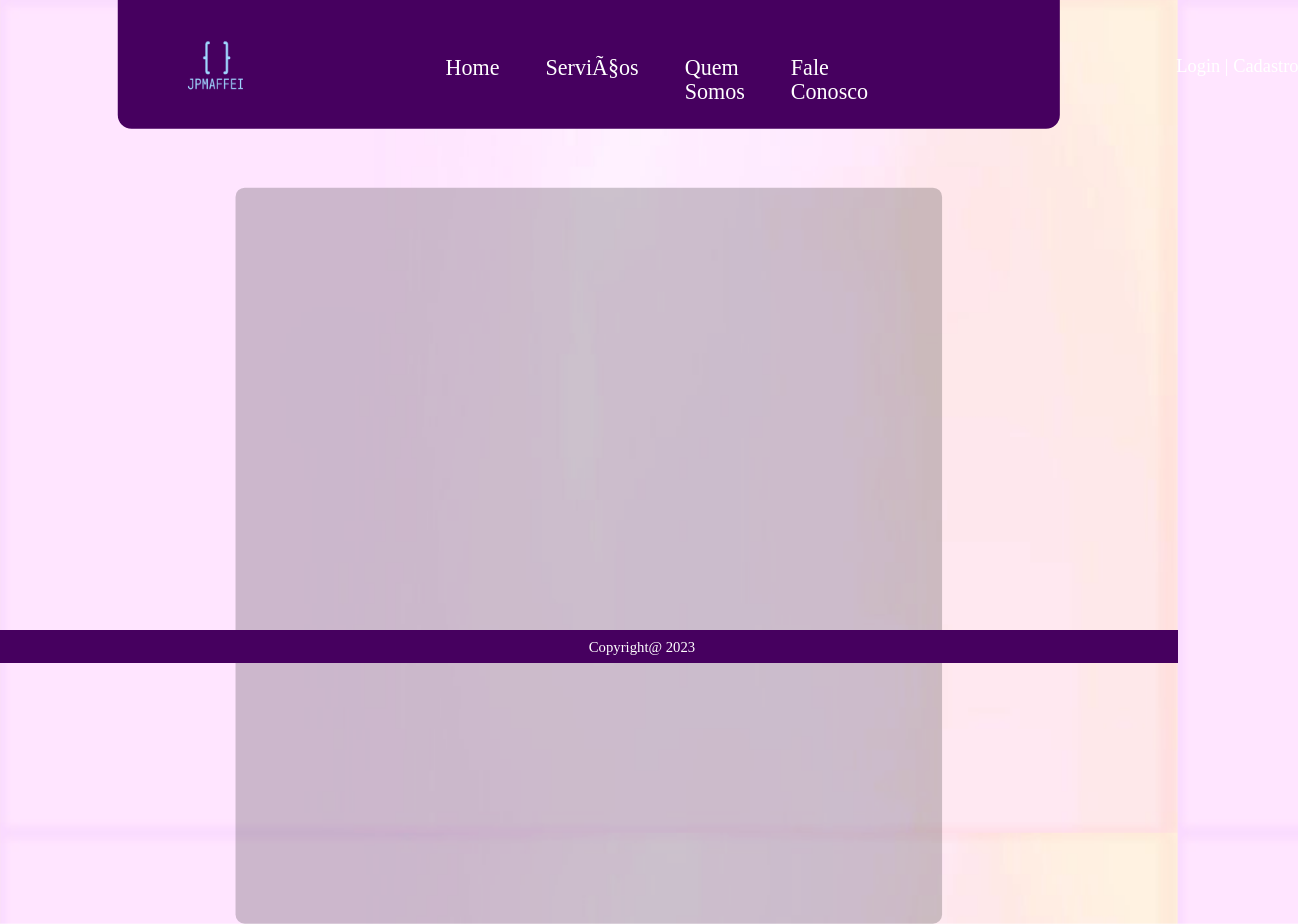
Repository: jpmaffei18/PROJETO_JAVA
Page: http://localhost/FinalWeb/home.jsp
An editor plug-in stored every save of this project. The page is shown before and after the next save, followed by the edit.
The browser window is 1280 px wide. The page is 1411 px wide, so the pictures cover 1411 px, including what lies to the right of the window. The pictures show the whole page, at 92% of full size.
Backgrounds fixed to the window are drawn as part of the page. The page is served by Tomcat 9. Other server files are loaded and not shown.

Above is the page before, as saved 2023-03-31 14:25:39.

### FinalWeb/src/main/webapp/home.jsp

<!DOCTYPE html>
<html lang="en">
    <head>
        <meta charset="UTF-8">
        <meta http-equiv="X-UA-Compatible" content="IE=edge">
        <meta name="viewport" content="width=device-width, initial-scale=1.0">
        <link href="home.css" rel="stylesheet">
        <link href="imagens/icon.png" rel="icon">
        <title>HOME</title>
    </head>
<body>
  <header>
  <img src="imagens/logo.png" class="logo">

    <ul>
        <li> Home</li>
        <li> Serviços</li>
        <li> Quem Somos</li>
        <li> Fale Conosco</li>
    </ul>

    <div class="logincadastro">
    <p><a href="logincadastro.html">Login </a></p> <p>|</p> <p><a href="index.php">Cadastro </a></p>
    </div>

</header>

<div class="conteudo">

</div>




<footer class="rodape"> <p>Copyright@ 2023</p> </footer>
</body>
</html>

### FinalWeb/src/main/webapp/home.css
@charset "ISO-8859-1";

body{
    margin: 0;
        background: url(imagens/fundoroxo.jpg) center center no-repeat fixed;
        -webkit-background-size: cover;
        -moz-background-size: cover;
        -o-background-size: cover;
        background-size: cover;
        overflow: scroll;
      }


header{
    background-color: #46005F;
    width: 80%;
    height: 140px;
    margin:auto;
    border-bottom-left-radius: 15px;
    border-bottom-right-radius: 15px;
    color: white;
    display: flex;
}

.logo{
    width: 15%;
    height: 150px;
    margin-left: 3%;
}

header ul{
    display: flex;
    margin-left: 8%;
    margin-top:60px;
}

header li{
    list-style: none;
    font-size: 24px;
    margin-left: 50px;
}

.conteudo{
    background-color: rgba(0,0,0,.20);
    width: 60%;
    height:800px;
    margin: auto;
    margin-top: 5%;
    border-radius:10px;
}

.logincadastro{
    display: flex;
    margin-left: 330px;
    margin-top: 40px;
    font-size: 20px;


}

.logincadastro p{
    margin-left: 5px;
    color:white;
}

.logincadastro a{
    text-decoration: none;
    color: white;
}

.rodape{
background: #46005F;
width: 100%;
height: 35px;
position: fixed;
bottom: 0;
left: 0;
}

.rodape p{
	margin-left: 50%;
	margin-top: 10px;
	color:white;
}

After the next save:
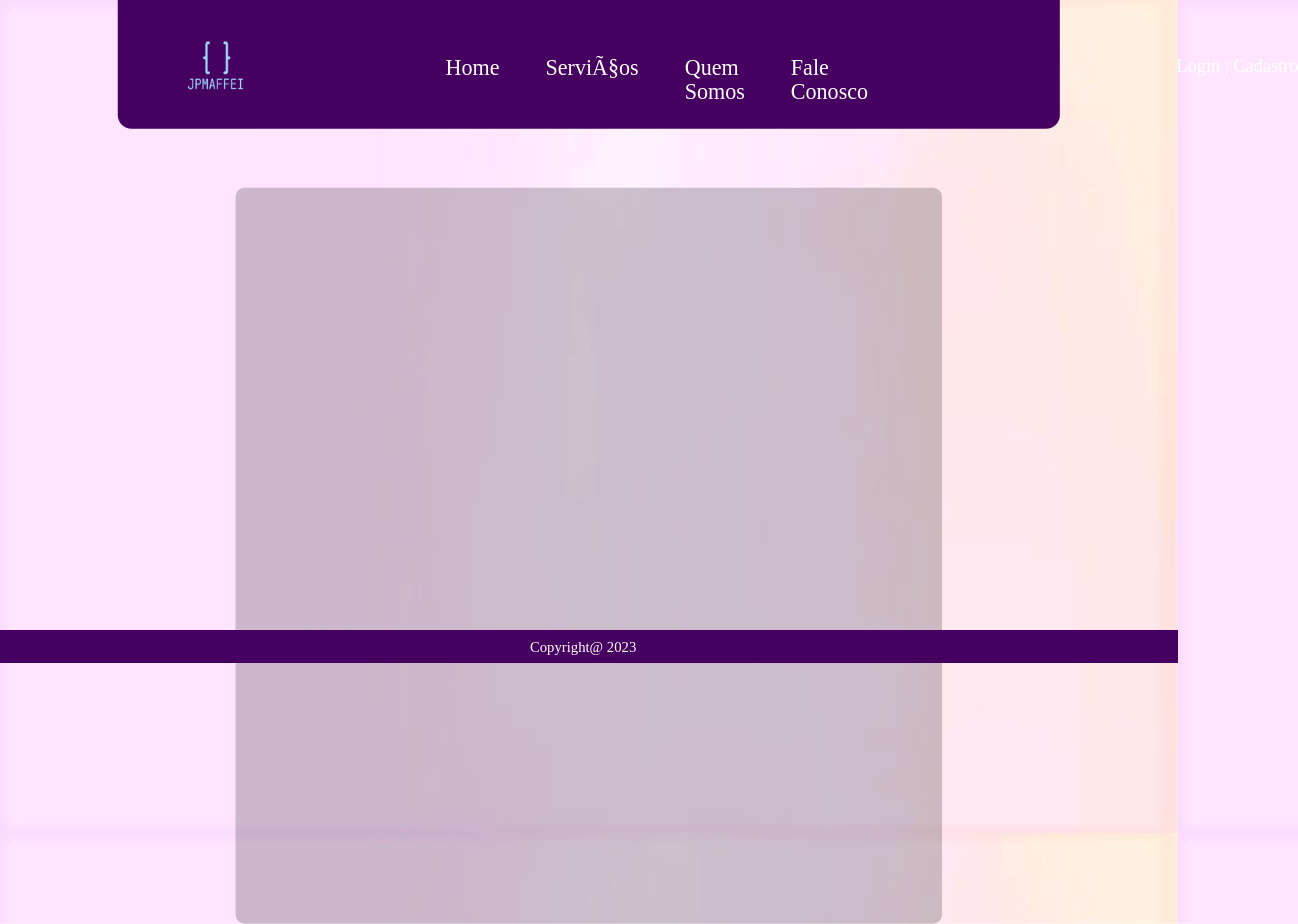
Saved 15 s later.
--- a/FinalWeb/src/main/webapp/home.css
+++ b/FinalWeb/src/main/webapp/home.css
@@ -78,7 +78,7 @@ left: 0;
 }
 
 .rodape p{
-	margin-left: 50%;
+	margin-left: 45%;
 	margin-top: 10px;
 	color:white;
 }
